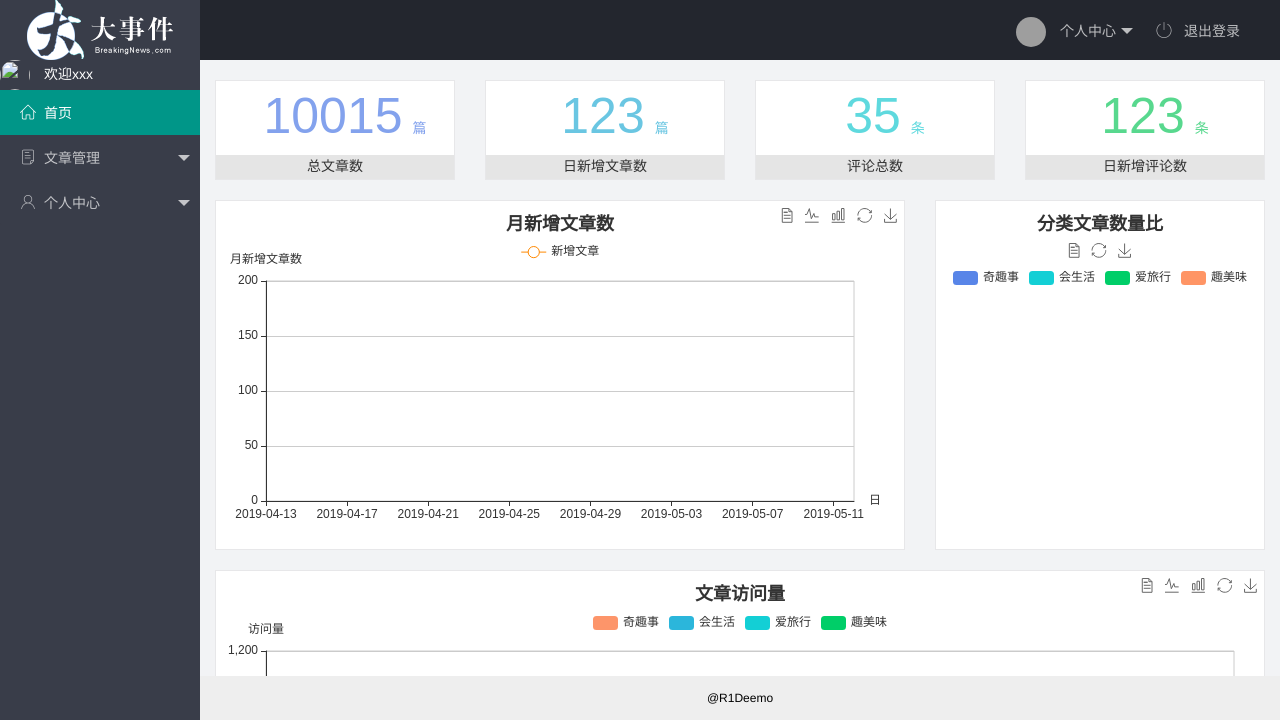
Repository: R1Deemo/Main-project
Page: index.html
These files come from the project's save history. The page is drawn as it stood at one moment and after the next save; the edit follows.
The browser window is 1280 px wide. The pictures show the whole page.
Pictures or frames that could not be fetched are drawn as grey boxes.

Above is the page before, as saved 2022-10-30 20:12:10.

After the next save:
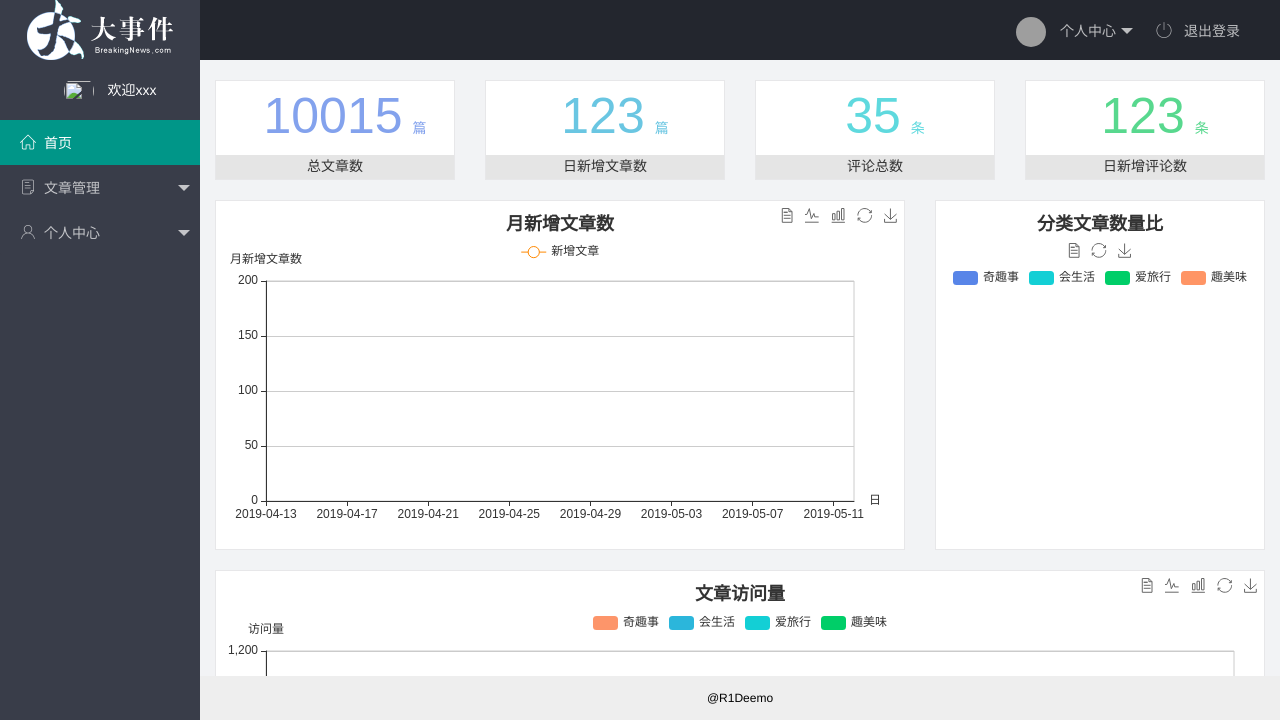
Saved 61 s later.
--- a/assets/css/index.css
+++ b/assets/css/index.css
@@ -24,3 +24,9 @@ iframe {
 .layui-body {
     overflow: hidden;
 }
+
+.userinfo {
+    height: 60px;
+    line-height: 60px;
+    text-align: center;
+}
